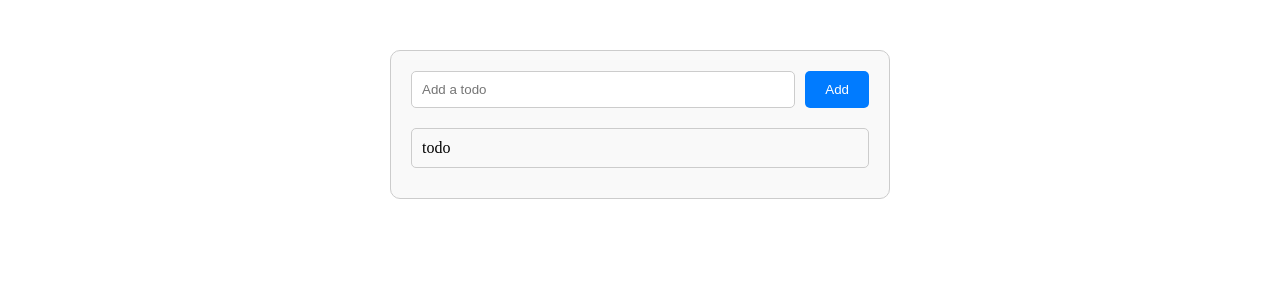
Repository: Fariadd/Vanilla-JS
Page: movieAPI/index.html
The author's editor kept a copy of each file at every save. The page is drawn from the files as they stood at one save, then again after the next save.
The browser window is 1280 px wide. The pictures show the whole page.

Above is the page before, as saved 2024-10-02 20:21:48.

After the next save:
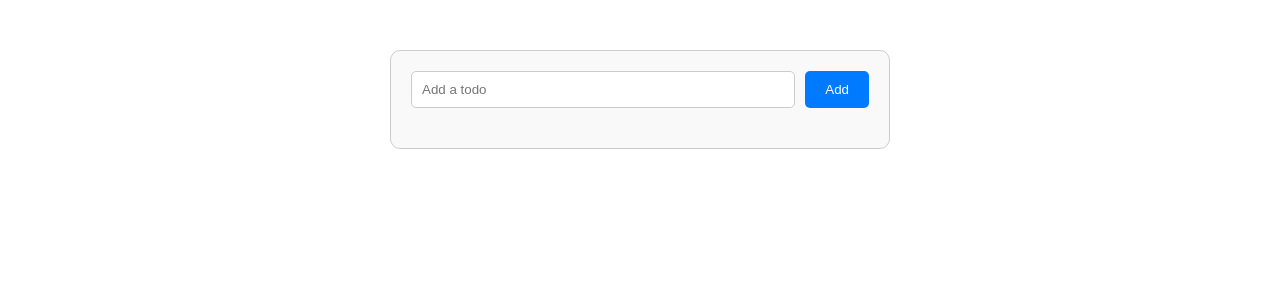
Saved 11 s later.
--- a/movieAPI/index.html
+++ b/movieAPI/index.html
@@ -13,9 +13,7 @@
         <button class="btn" type="submit">Add</button>
       </form>
 
-      <ul class="card-list">
-        <li>todo</li>
-      </ul>
+      <ul class="card-list"></ul>
     </div>
     <script src="script.js"></script>
   </body>
